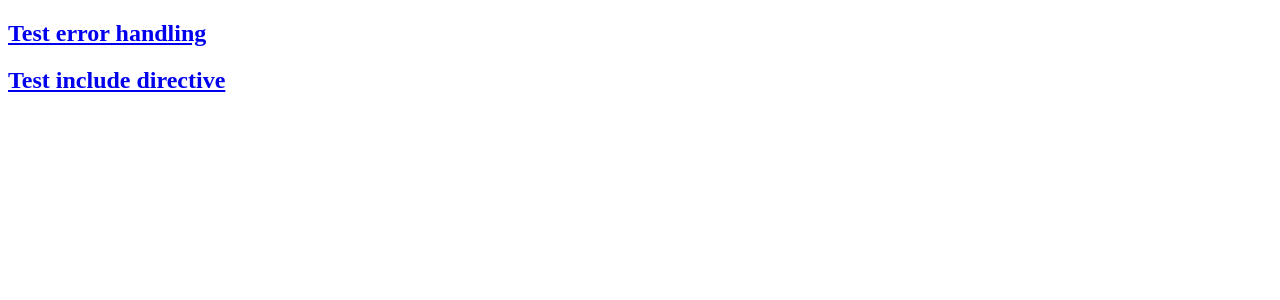
Repository: akshay399/adv-java-daywise
Page: http://localhost/day6.1_lab/
An editor plug-in stored every save of this project. The page is shown before and after the next save, followed by the edit.
The browser window is 1280 px wide. The pictures show the whole page.
The page is served by Tomcat 9.

Above is the page before, as saved 2022-11-28 12:05:41.

### day6.1_lab/src/main/webapp/index.jsp
<%@ page language="java" contentType="text/html; charset=ISO-8859-1"
    pageEncoding="UTF-8"%>
<!DOCTYPE html>
<html>
<head>
<meta charset="UTF-8">
<title>index</title>
</head>
<body>
	<h2><a href="test1.jsp">Test error handling</a></h2>
	<h2><a href="test2.jsp">Test include directive</a></h2>
</body>
</html>

After the next save:
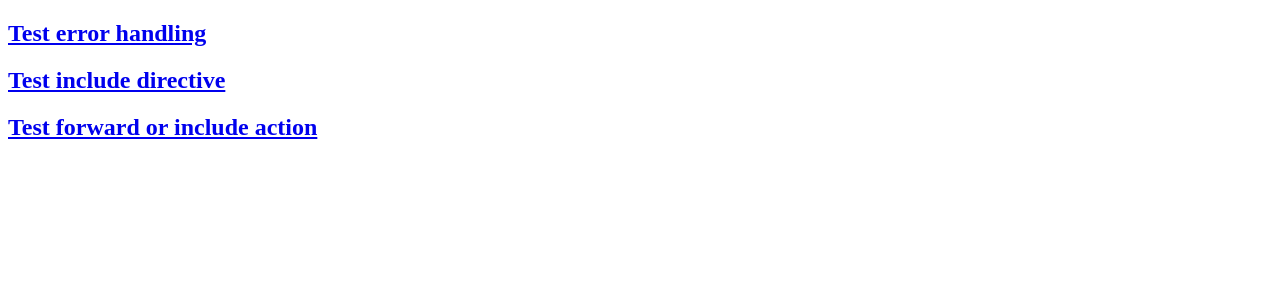
Saved 37 min 13 s later.
--- a/day6.1_lab/src/main/webapp/index.jsp
+++ b/day6.1_lab/src/main/webapp/index.jsp
@@ -9,5 +9,6 @@
 <body>
 	<h2><a href="test1.jsp">Test error handling</a></h2>
 	<h2><a href="test2.jsp">Test include directive</a></h2>
+	<h2><a href="test2.jsp">Test forward or include action</a></h2>
 </body>
 </html>
